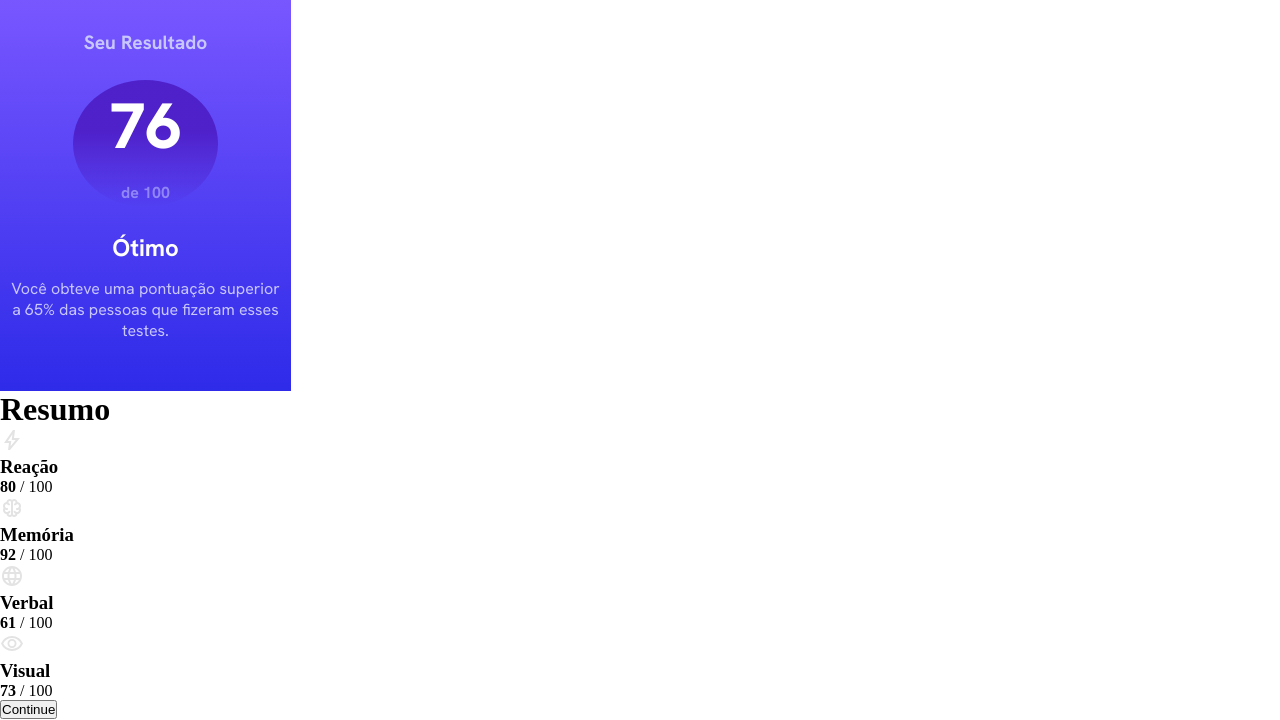
Repository: caique2512/resumo-de-resultados
Page: index.html
The author's editor kept a copy of each file at every save. The page is drawn from the files as they stood at one save, then again after the next save.
The browser window is 1280 px wide. The pictures show the whole page.

Above is the page before, as saved 2026-03-09 16:55:26.

After the next save:
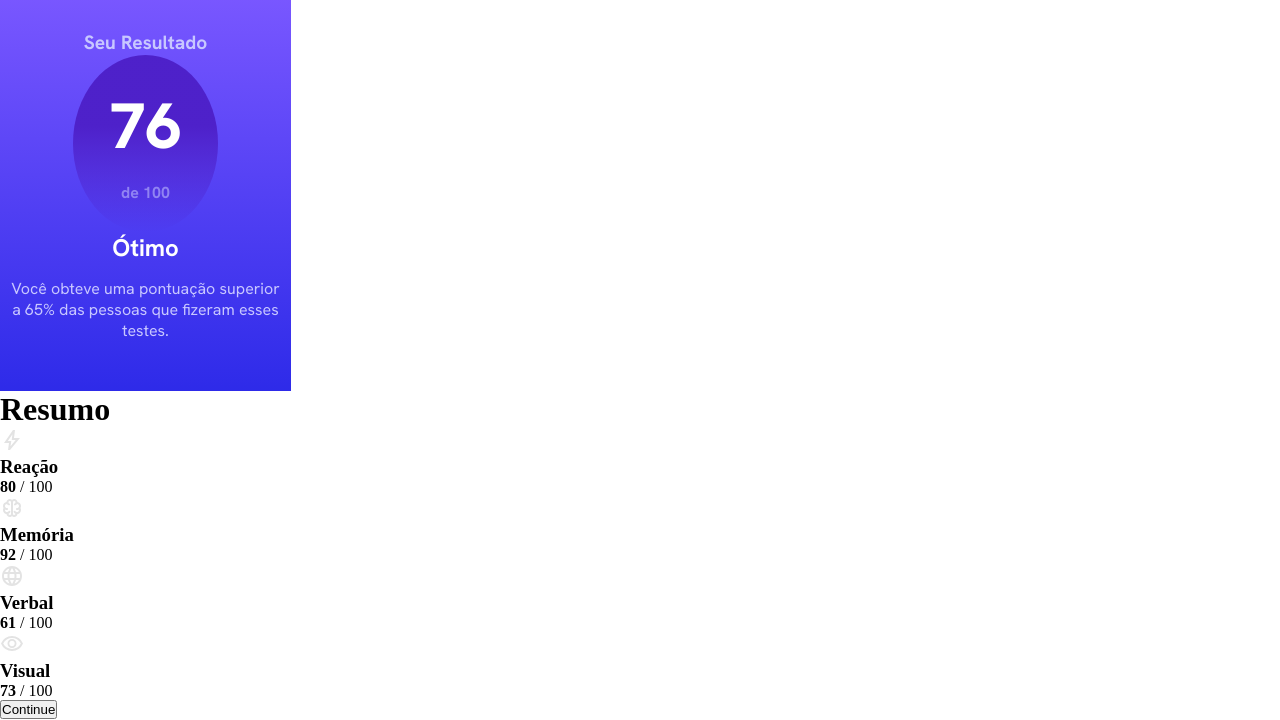
Saved 10 s later.
--- a/src/css/estilos.css
+++ b/src/css/estilos.css
@@ -26,7 +26,7 @@
     align-items: center;
     justify-content: center;
     flex-direction: column;
-    margin: 25px 25px;
+
 }
 
 .circulo h2 {
